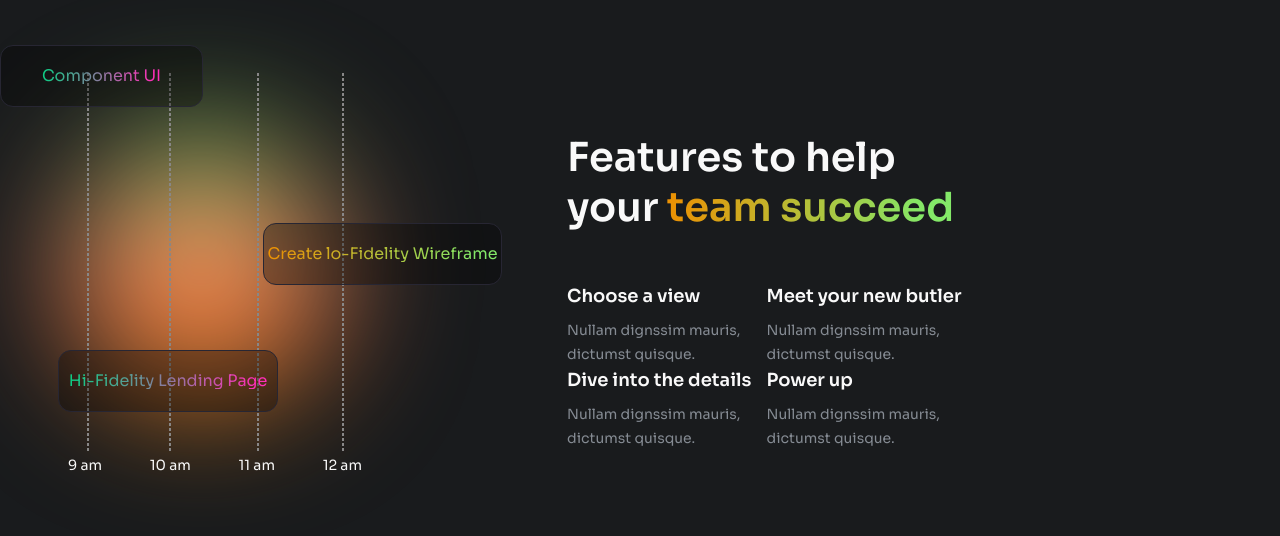
Repository: anhthiethumg/Task_Managerment_Website
Page: index.html
An editor plug-in stored every save of this project. The page is shown before and after a run of saves, followed by the edit.
The browser window is 1280 px wide. The pictures show the part of the page from y = 2400 to 2982 px (the page is 2936 px tall before and 2982 px after).
A picture or video elsewhere on the page could not be fetched, so the positions and the page height are approximate.

Above is the page before, as saved 2023-07-31 09:10:23.

After the next 2 saves:
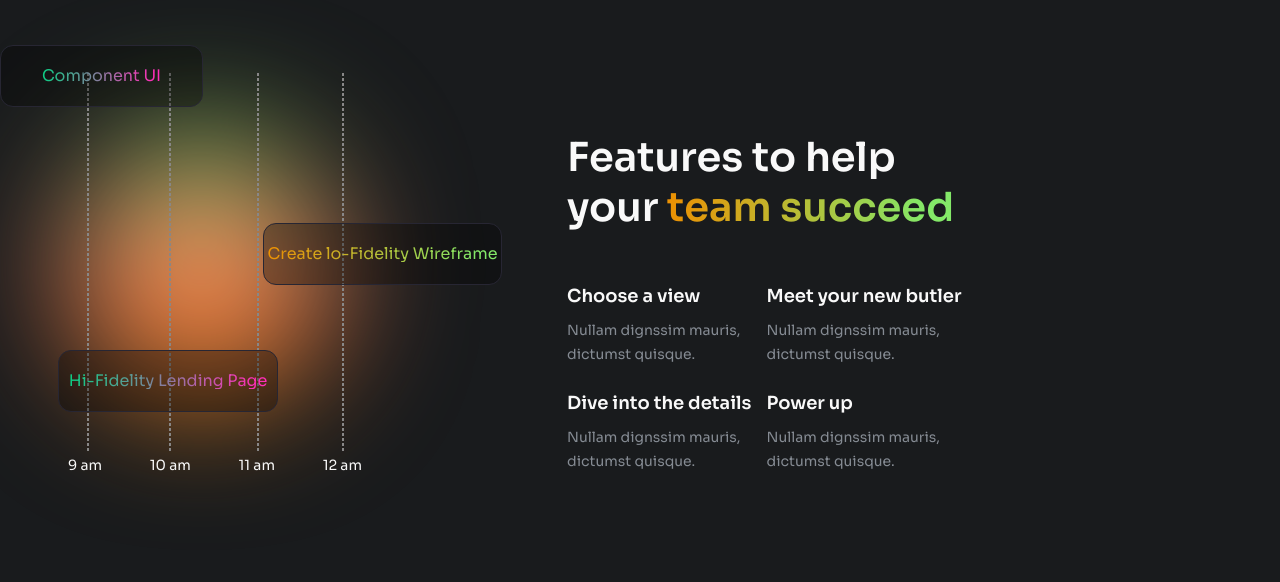
The 2 saves are shown as one change because they came seconds apart.
The last was saved 15 s later.
--- a/assets/css/styles.css
+++ b/assets/css/styles.css
@@ -729,4 +729,5 @@ a {
   font-size: 1.4rem;
   font-weight: 400;
   line-height: 1.71;
-}
+  margin-bottom: 23px;
+}
